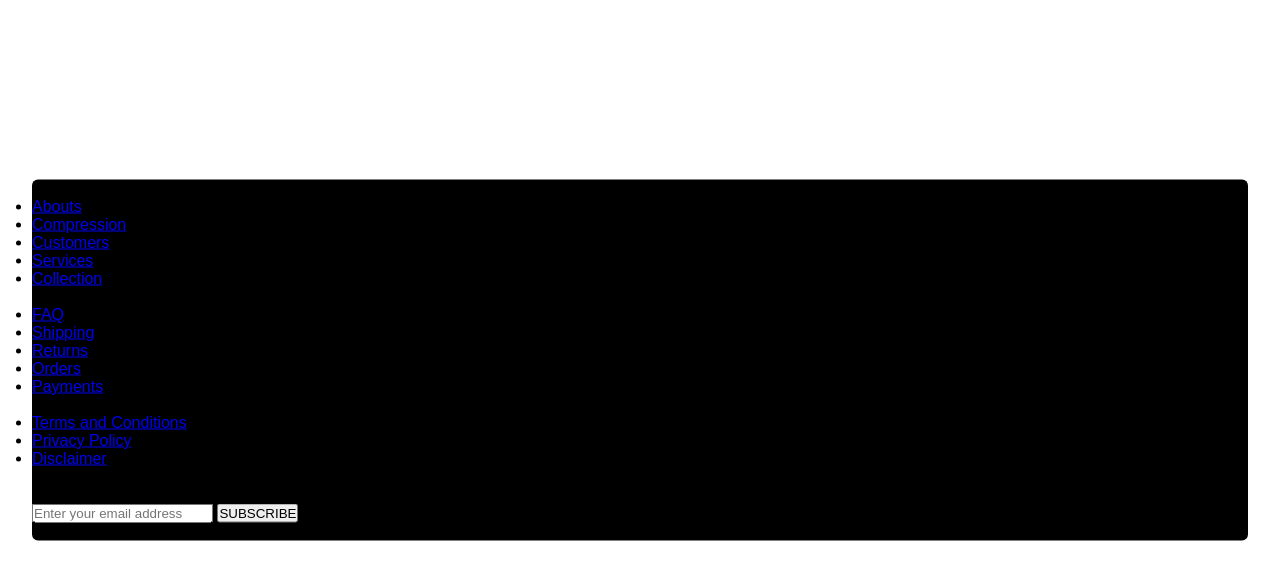
Repository: syni18/responsive_footer
Page: index.html
The author's editor kept a copy of each file at every save. The page is drawn from the files as they stood at one save, then again after a run of saves.
The browser window is 1280 px wide. The pictures show the whole page.
Some web libraries are served in a nearby version.

Above is the page before, as saved 2023-11-03 17:14:44.

### index.html
<!DOCTYPE html>
<html lang="en">
<head>
    <meta charset="UTF-8">
    <meta name="viewport" content="width=device-width, initial-scale=1.0">
    <link rel="stylesheet" href="https://cdnjs.cloudflare.com/ajax/libs/font-awesome/6.4.2/css/all.in.css">
    <link rel="stylesheet" href="style.css">
    <title>Responsive footer</title>
</head>
<body>
    <section class="footer">
        <div class="footer-row">
            <div class="footer-col">
                <h4>Info</h4>
                <ul class="links">
                    <li><a href="#">Abouts</a></li>
                    <li><a href="#">Compression</a></li>
                    <li><a href="#">Customers</a></li>
                    <li><a href="#">Services</a></li>
                    <li><a href="#">Collection</a></li>
                </ul>
            </div>

            <div class="footer-col">
                <h4>Get Help</h4>
                <ul class="links">
                    <li><a href="#">FAQ</a></li>
                    <li><a href="#">Shipping</a></li>
                    <li><a href="#">Returns</a></li>
                    <li><a href="#">Orders</a></li>
                    <li><a href="#">Payments</a></li>
                </ul>
            </div>

            <div class="footer-col">
                <h4>Quick Links</h4>
                <ul class="links">
                    <li><a href="#">Terms and Conditions</a></li>
                    <li><a href="#">Privacy Policy</a></li>
                    <li><a href="#">Disclaimer</a></li>
                </ul>
            </div>

            <div class="footer-col">
                <h4>Newsletter</h4>
                <p>
                    Subscribe to our newsletter for a weekly dose of news, updates, helpful tips, and exclusive offers.
                </p>
                <form action="#">
                    <input type="email" name="email" id="email" placeholder="Enter your email address">
                    <button type="submit">SUBSCRIBE</button>
                </form>
                <div class="icons">
                    <i class="fa-brands fa-facebook"></i>
                    <i class="fa-brands fa-twitter"></i>
                    <i class="fa-brands fa-instagram"></i>
                    <i class="fa-brands fa-youtube"></i>
                </div>
            </div>
        </div>
    </section>
</body>
</html>

### style.css
*{
    margin: 0;
    padding: 0;
    box-sizing: border-box;
    font-family: sans-serif;
}
.footer{
    position: absolute;
    top: 50%;
    left: 50%;
    transform: translate(-50%, -50%);
    max-width: 1280px;
    width: 95%;
    background: #000;
    border-radius: 6px;
}
.footer .footer-row{

}

After the next 2 saves:
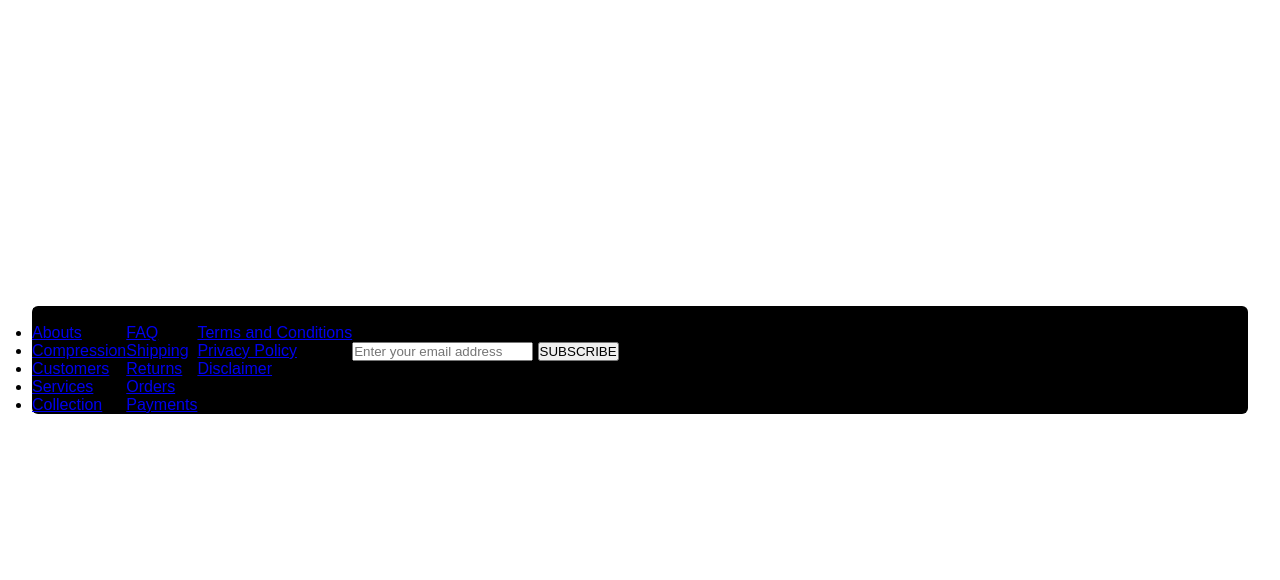
The 2 saves are shown as one change because they came seconds apart.
The last was saved 7 s later.
--- a/style.css
+++ b/style.css
@@ -15,5 +15,6 @@
     border-radius: 6px;
 }
 .footer .footer-row{
-
+    display: flex;
+    flex-wrap: ;
 }
